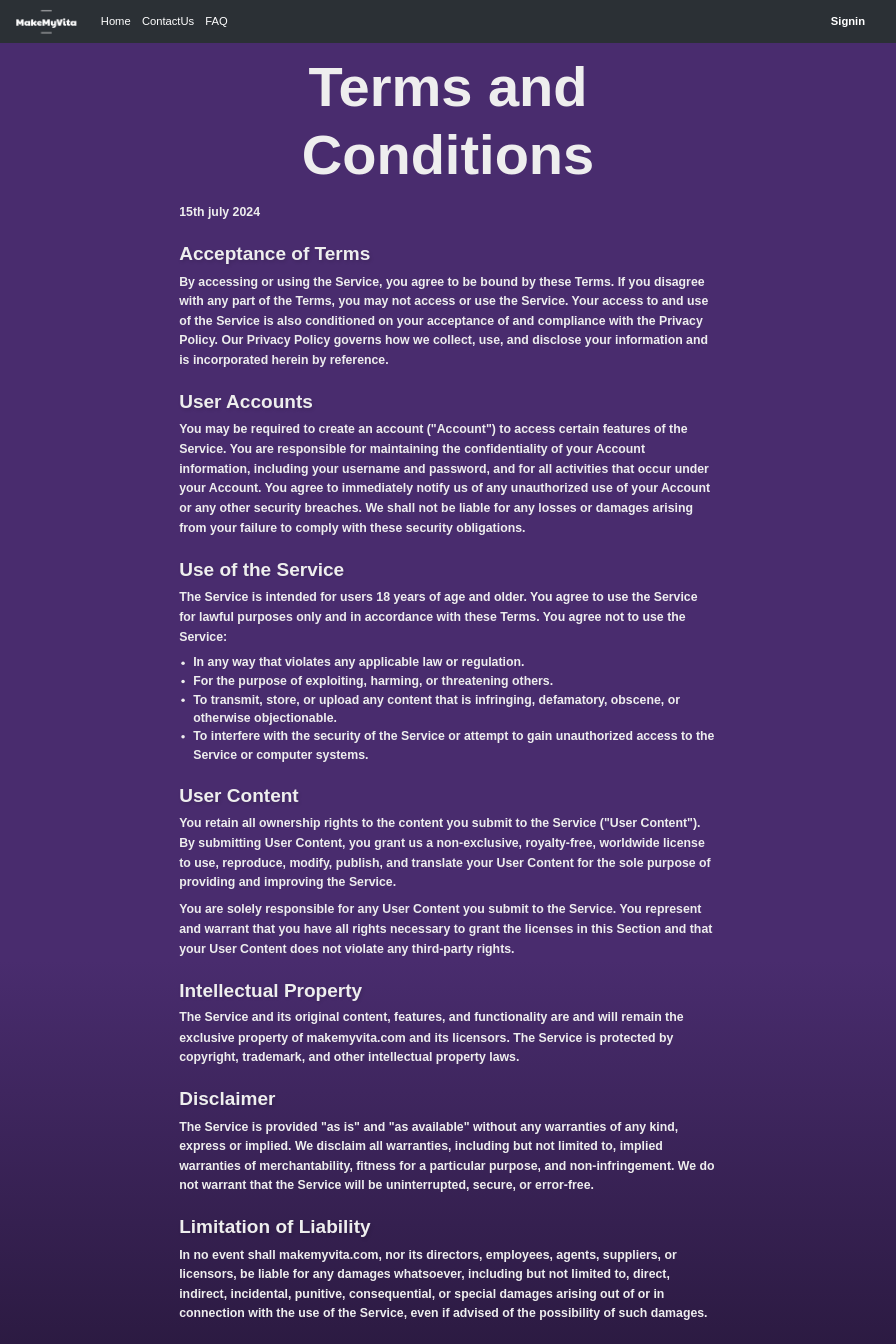
Repository: Tejaakshaykumar/MakeMyVita-Resume-Builder-Website
Page: /T&C (app in frontend/)
The author's editor kept a copy of each file at every save. The page is drawn from the files as they stood at one save, then again after the next save.
The browser window is 1280 px wide. The pictures show the part of the page from y = 0 to 1920 px (the page is 2936 px tall), at 70% of full size.
Some web libraries are served in a nearby version. The project was rebuilt for these pictures with package versions that can differ from the ones it lists, and the page was loaded fresh each time. Also part of the build but not shown: frontend/src/App.css, frontend/src/containers/About.js, frontend/src/containers/Buildresume.js, frontend/src/containers/Images.js, frontend/src/containers/Features.js, frontend/src/containers/Review.js, frontend/src/containers/Trybox.js, frontend/src/containers/Motionbox.js and 5 more.

Above is the page before, as saved 2024-06-10 11:51:16.

### frontend/public/index.html
<!DOCTYPE html>
<html lang="en">
  <head>
    <meta charset="utf-8" />
    <link rel="icon" href="%PUBLIC_URL%/favicon.ico" />
    <meta name="viewport" content="width=device-width, initial-scale=1" />
    <meta name="theme-color" content="#000000" />
    <meta
      name="description"
      content="Web site created using create-react-app"
    />
    <link rel="apple-touch-icon" href="%PUBLIC_URL%/logo192.png" />
    <!--
      manifest.json provides metadata used when your web app is installed on a
      user's mobile device or desktop. See https://developers.google.com/web/fundamentals/web-app-manifest/
    -->
    <link rel="manifest" href="%PUBLIC_URL%/manifest.json" />
    <link rel="stylesheet" href="https://stackpath.bootstrapcdn.com/bootstrap/4.5.2/css/bootstrap.min.css">
  <link rel="stylesheet" href="https://stackpath.bootstrapcdn.com/font-awesome/4.7.0/css/font-awesome.min.css">
  <link href="https://cdn.jsdelivr.net/npm/bootstrap@5.3.3/dist/css/bootstrap.min.css" rel="stylesheet" integrity="sha384-QWTKZyjpPEjISv5WaRU9OFeRpok6YctnYmDr5pNlyT2bRjXh0JMhjY6hW+ALEwIH" crossorigin="anonymous">
  <link href="https://cdn.jsdelivr.net/npm/bootstrap-icons@1.7.2/font/bootstrap-icons.css" rel="stylesheet">
    <!--
      Notice the use of %PUBLIC_URL% in the tags above.
      It will be replaced with the URL of the `public` folder during the build.
      Only files inside the `public` folder can be referenced from the HTML.

      Unlike "/favicon.ico" or "favicon.ico", "%PUBLIC_URL%/favicon.ico" will
      work correctly both with client-side routing and a non-root public URL.
      Learn how to configure a non-root public URL by running `npm run build`.
    -->
    <title>React App</title>
  </head>
  <body>
    <noscript>You need to enable JavaScript to run this app.</noscript>
    <div id="root"></div>
    <!--
      This HTML file is a template.
      If you open it directly in the browser, you will see an empty page.

      You can add webfonts, meta tags, or analytics to this file.
      The build step will place the bundled scripts into the <body> tag.

      To begin the development, run `npm start` or `yarn start`.
      To create a production bundle, use `npm run build` or `yarn build`.
    -->
  </body>
  <script src="https://cdn.jsdelivr.net/npm/bootstrap@5.3.3/dist/js/bootstrap.bundle.min.js" integrity="sha384-YvpcrYf0tY3lHB60NNkmXc5s9fDVZLESaAA55NDzOxhy9GkcIdslK1eN7N6jIeHz" crossorigin="anonymous"></script>
</html>

### frontend/src/containers/Navbar.js
import React from 'react';
import { useNavigate } from 'react-router-dom';
import logo from '../images/HubSpot Brand Kit/Logo/PNG/main-logo-white-transparent.png';
export default function Navbar() {
  const navigate = useNavigate();
  const handleSigninClick = () => {
    navigate('/signin');
  };
  return (
    <div>

      <nav className="navbar fixed-top navbar-expand-lg bg-body-tertiary" data-bs-theme="dark" >
      <div className="container-fluid" >
        <a className="navbar-brand" href="/">
        <img src={logo} alt="Logo" style={{height:'5vh',width:'15vh',objectFit:'cover'}} />
        </a>
        <button
          className="navbar-toggler"
          type="button"
          data-bs-toggle="collapse"
          data-bs-target="#navbarSupportedContent"
          aria-controls="navbarSupportedContent"
          aria-expanded="false"
          aria-label="Toggle navigation"
        >
          <span className="navbar-toggler-icon" />
        </button>
        <div className="collapse navbar-collapse" id="navbarSupportedContent">
          <ul className="navbar-nav me-auto mb-2 mb-lg-0">
            <li className="nav-item">
              <a className="nav-link active" aria-current="page" href="/">
                Home
              </a>
            </li>
            <li className="nav-item">
              <a className="nav-link active" aria-current="page" href="#">
                ContactUs
              </a>
            </li>
            <li className="nav-item">
              <a className="nav-link active" aria-current="page" href="/FAQ">
                FAQ
              </a>
            </li>
          </ul>
          <form className="d-flex">
            <button className=" btn btn-outline-success custom-btn" type="submit" onClick={handleSigninClick}>
            &nbsp;&nbsp;&nbsp;&nbsp;&nbsp;Signin&nbsp;&nbsp;&nbsp;&nbsp;&nbsp;
            </button>
          </form>
        </div>
      </div>
    </nav>

    </div>
  );
}

### frontend/src/containers/Foot.js
import React from 'react';
import './cont.css'; // Import the CSS file

export default function Foot() {
  return (
    <footer>
      <div className="footer-container ">
        <ul className="footer-nav">
        <li className="nav-item">
            <a className="nav-link" href="/aboutus">
              ABOUT US
            </a>
          </li>
          <>|</>
          <li className="nav-item">
            <a className="nav-link" href="/T&C">
              TERMS & CONDITIONS
            </a>
          </li>
          <>|</>
        <li className="nav-item">
            <a className="nav-link" href="/privacy">
              PRIVACY POLICY
            </a>
          </li>
          <>|</>
          <li className="nav-item">
            <a className="nav-link" href="#">
              CONTACT US
            </a>
          </li>
          <>|</>
          <li className="nav-item">
            <a className="nav-link" href="/FAQ">
              FAQs
            </a>
          </li>
        </ul>
        <div class="social-icons">
        <a href="https://www.facebook.com" target="_blank" aria-label="Facebook">
          <i class="bi bi-facebook"></i>
        </a>
        <a href="https://www.instagram.com" target="_blank" aria-label="Instagram">
          <i class="bi bi-instagram"></i>
        </a>
        <a href="https://www.pinterest.com" target="_blank" aria-label="Pinterest">
          <i class="bi bi-pinterest"></i>
        </a>
        <a href="https://www.youtube.com" target="_blank" aria-label="YouTube">
          <i class="bi bi-youtube"></i>
        </a>
        <a href="https://www.linkedin.com" target="_blank" aria-label="LinkedIn">
          <i class="bi bi-linkedin"></i>
        </a>
        <a href="https://www.twitter.com" target="_blank" aria-label="Twitter">
          <i class="bi bi-twitter"></i>
        </a>
      </div>
      <div className="footer-copy">
          &copy; 2024 developed by Teja Akshay Kumar
      </div>
      </div>
    </footer>
  );
}

### frontend/src/containers/cont.css
/* navbar */
.custom-btn {
  color: white;
}
.custom-btn:hover {
  color: black;
  background-color: white;
}

.footer-container {
  height: 25vh;
  width: 100%;
  background-color: rgb(0, 0, 0);
  color: white;
  display: flex;
  flex-direction: column;
  align-items: center;
  /* padding-bottom: 3%; */
  /* justify-content: center; */
}

.footer-nav {
  display: flex;
  list-style: none;
  padding-top: 30px;
  margin: 0;
}

.footer-nav .nav-item {
  margin: 0 50px;
}

.footer-nav .nav-item .nav-link {
  color: white;
  text-decoration: none;
  /* text-transform: uppercase; */
  /* text-decoration: underline; */
}

.footer-nav .nav-item .nav-link:hover {
  text-decoration: underline;
}

.footer-copy {
  /* padding-top: 5%; */
  text-align: center;
  font-size: large;
  font-weight: 500;
  /* padding-bottom: 3%; */
}

.social-icons {
  display: flex;
  justify-content: center;
  gap: 40px;
  padding: 40px;
  /* background-color: #f0f0f0; */
}

.social-icons a {
  color: #ffffff;
  font-size: 24px;
  text-decoration: none;
}

.social-icons a:hover {
  color: #007bff;
}

/* Features */

.feature-component {
  height: 90vh;
  width: 100%;
  display: flex;
  justify-content: flex-start;
  flex-wrap: wrap;
  margin-top: 10%;
  padding-left: 8%;
  padding-right: 8%;
}
.feature {
  flex: 1 1 30%;
  box-sizing: border-box;
  padding: 20px;
  margin: 10px;
  text-align: center;
  background-color: #fff;
  border-radius: 8px;
  /* box-shadow: 0 4px 8px rgba(0, 0, 0, 0.1); */
}

.feature img {
  width: 60px;
  height:80px;
  margin-bottom: 10px;
}

.feature h3 {
  font-size: 1.5em;
  margin-bottom: 10px;
  font-weight: 500;
  font-family:'Franklin Gothic Medium', 'Arial Narrow', Arial, sans-serif;
}

.feature p {
  font-size: 1.3em;
  color: #666;
  font-weight: 400;
  font-family: 'Gill Sans', 'Gill Sans MT', Calibri, 'Trebuchet MS', sans-serif;
}

.feature:hover {
  background: linear-gradient(to right, #fd4908, #1e90ff);
  box-shadow: black;
  border-radius: 5%;
  color: rgb(255, 255, 255);
}

.feature:hover h3,
.feature:hover p {
  color: rgb(255, 255, 255);
}

/* About */
.resume-builder-container {
  display: flex;
  flex-direction: row;
  justify-content: space-between;
  align-items: center;
  padding: 10vh;
  /* background-color: #fff; */
  background: linear-gradient(to right, #84eefc, #ffffff, #ffffff);
  /* background:linear-gradient(to left, #00e1ff,#ffffff, #ffffff); */
  /* border: 1px solid #ddd; */
  /* border-radius: 8px; */
  /* box-shadow: 0 2px 4px rgba(0, 0, 0, 0.1); */
  height: 80vh;
}

.resume-builder-container1 {
  display: flex;
  flex-direction: row;
  justify-content: space-between;
  align-items: center;
  padding: 10vh;
  height: 80vh;
  background: linear-gradient(to top, #ffffff, #59CE8F,#E8F9FD, #ffffff);
}

/* .resume-builder-image {
    -webkit-mask-image: radial-gradient(circle, rgba(0, 0, 0, 1) 50%, rgba(0, 0, 0, 0) 90%);
    mask-image: radial-gradient(circle, rgba(0, 0, 0, 1) 50%, rgba(0, 0, 0, 0) 90%);
  }
   */
.resume-builder-content {
  max-width: 60%;
  padding: 10%;
}

.resume-builder-content1 {
  max-width: 70%;
  padding: 10%;
}

.resume-builder-content h1 {
  font-size: 4em;
  color: #333;
  margin-bottom: 10px;
  font-family: "Franklin Gothic Medium", "Arial Narrow", Arial, sans-serif;
  text-align: left;
}

.resume-builder-content p {
  font-size: 1.4em;
  font-weight: 400;
  color: #666;
  line-height: 1.5;
  margin-bottom: 20px;
  /* padding-left: 2%; */
  /* text-align: center; */
}

.resume-builder-content1 h1 {
  font-size: 4em;
  color: #333;
  margin-bottom: 10px;
  font-family: "Franklin Gothic Medium", "Arial Narrow", Arial, sans-serif;
  text-align: left;
}

.resume-builder-content1 p {
  font-size: 1.4em;
  font-weight: 400;
  color: #666;
  line-height: 1.5;
  margin-bottom: 20px;
  /* padding-left: 2%; */
  /* text-align: center; */
}

.aboutbutton {
  height: 6vh;
  width: 27%;
  margin-left: 20%;
  margin-top: 2%;
  text-align: center;
  font-weight: 500;
  border-radius: 7px;
  color: #ffffff;
  font-weight: 700;
  transition: background 0.3s ease;
  /* border-style:solid; */
  border-color: white;
  background: #3e14fc;
  box-shadow: 0 2px 6px rgba(24, 23, 23, 0.801);
  /* box-shadow: #3e14fc; */
}
.aboutbutton:hover {
  transition: background 0.3s ease;
  border-style: solid;
  background: linear-gradient(to right, #ffd000, #ff0000);
  box-shadow: #3e14fc;
}

.create-now-button {
  background-color: #00b0ff;
  color: #fff;
  border: none;
  padding: 10px 20px;
  font-size: 1em;
  border-radius: 5px;
  cursor: pointer;
}

.create-now-button:hover {
  background-color: #008cba;
}

.resume-builder-image {
  max-width: 40%;
}

.resume-builder-image img {
  max-width: 100%;
  height: auto;
  border-radius: 8px;
}

.text-gradient {
  background: linear-gradient(to right, #ff7f50, #1e90ff);
  -webkit-background-clip: text;
  -webkit-text-fill-color: transparent;
  background-clip: text;
  color: transparent;
}

.icon-container {
  width: 100%;
  height: 100px;
  overflow: hidden;
  white-space: nowrap;
  position: relative;
  background-color: #ffffff;
  padding-bottom: 25px;
}

.icons {
  display: inline-block;
  animation: moveIcons 40s linear infinite;
}

.icons img {
  font-size: 24px;
  margin: 0 15px; /* Add some margin between icons */
  color: #333;
  /* width: 100px; Adjust the size as needed */
  height: 50px;
}

@keyframes moveIcons {
  0% {
    transform: translateX(70%);
  }
  100% {
    transform: translateX(-100%);
  }
}

.try {
  height: 30vh;
  width: 100%;
  background-image: url("C:/Users/tejaa/Downloads/pexels-magda-ehlers-pexels-1279813.jpg");
  background-size: cover;
  align-items: center;
  display: flex;
  flex-direction: column;
  justify-content: center;
  margin-bottom: 7vh;
  margin-top: 5vh;
}

.try h2 {
  font-size: 280%;
  color: antiquewhite;
  text-shadow: 5px 5px 3px rgba(0, 0, 0, 0.3);
}
.try button {
  height: 4vh;
  width: 15%;
  font-weight: 700;
  border-radius: 5cm;
  color: blanchedalmond;
  border: #ffffff;
  background: linear-gradient(to right, #fd0808, #a51eff);
}

/* Review */
/* Styles for the main container */
/* Swiper specific styles */
/* #App {
  height: 100%;
}
html,
body {
  position: relative;
  height: 100%;
}

body {
  background: #eee;
  font-family: Helvetica Neue, Helvetica, Arial, sans-serif;
  font-size: 14px;
  color: #000;
  margin: 0;
  padding: 0;
} */
.swiper-container {
  /* position: relative; */
  height: 30vh;
  background: #ffffff;
  font-family: Helvetica Neue, Helvetica, Arial, sans-serif;
  font-size: 14px;
  color: #000;
  margin: 30px;
  padding: 10px;
  display: flex;
  flex-direction: row;
  justify-content: center;
}

.swiper {
  width: 100%;
  height: 100%;
}

.swiper-slide {
  text-align: center;
  font-size: 18px;
  background: #ffffff;
  display: flex;
  justify-content: center;
  align-items: center;
  padding-top: 20%;
  /* margin: 5%; */
}

.swiper-slide img {
  display: block;
  width: 100%;
  height: 100%;
  object-fit: cover;
}

.autoplay-progress {
  position: absolute;
  right: 16px;
  bottom: 16px;
  z-index: 10;
  width: 48px;
  height: 48px;
  display: flex;
  align-items: center;
  justify-content: center;
  font-weight: bold;
  color: var(--swiper-theme-color);
}

.autoplay-progress svg {
  --progress: 0;
  position: absolute;
  left: 0;
  top: 0px;
  z-index: 10;
  width: 100%;
  height: 100%;
  stroke-width: 4px;
  stroke: var(--swiper-theme-color);
  fill: none;
  stroke-dashoffset: calc(125.6px * (1 - var(--progress)));
  stroke-dasharray: 125.6;
  transform: rotate(-90deg);
}

### frontend/src/pages/pagestyles.css
/* TandC */

.tandc-container {
    max-width: 100%;
    /* margin: 0 auto; */
    padding: 6% 20%;
    font-family: Arial, sans-serif;
    background: linear-gradient(to top,rgb(0, 0, 0),rgb(73, 44, 110),rgb(73, 44, 110));
    /* color: #333; */
    color:#eee;
    /* margin-top: 7%; */
    margin-bottom: -2%;

  }

  .tandc-container h1 {
    text-align: center;
    margin-bottom: 20px;
    font-weight: 700;
    color: #eee;
    font-size: 5rem;
  }

  .tandc-container h2 {
    margin-top: 30px;
    color: #eee;
    font-weight: 700;
    font-size: 1.7rem;
    text-shadow: 2px 2px 5px rgba(0, 0, 0, 0.13);
  }

  .tandc-container p {
    line-height: 1.6;
    font-weight: 600;
    font-size: 1.1rem;
  }

  .tandc-container ul {
    list-style-type: disc;
    padding-left: 20px;
    font-weight: 600;
    font-size: 1.1rem;
  }

  .tandc-container a {
    color: #1a73e8;
    text-decoration: none;
  }

  .tandc-container a:hover {
    text-decoration: underline;
  }


  /* Privacy */
  .privacy-container {
    max-width: 800px;
    margin: 0 auto;
    padding: 20px;
    font-family: 'Arial', sans-serif;
    color: #333;
    line-height: 1.6;
    background-color: #fff;
    border-radius: 8px;
    box-shadow: 0 0 10px rgba(0, 0, 0, 0.1);
  }

  h1 {
    text-align: center;
    color: #333;
    font-size: 2.5rem;
    margin-bottom: 20px;
  }

  h2 {
    color: #444;
    font-size: 1.75rem;
    margin-top: 20px;
  }

  h3 {
    color: #555;
    font-size: 1.5rem;
    margin-top: 15px;
  }

  p {
    margin-bottom: 10px;
  }

  ul {
    list-style-type: disc;
    padding-left: 20px;
  }

  a {
    color: #1a73e8;
    text-decoration: none;
  }

  a:hover {
    text-decoration: underline;
  }

  @media (max-width: 600px) {
    .privacy-container {
      padding: 10px;
    }

    h1 {
      font-size: 2rem;
    }

    h2 {
      font-size: 1.5rem;
    }

    h3 {
      font-size: 1.25rem;
    }
  }

  /* Aboutus */
  .about-container {
    font-family: 'Arial', sans-serif;
    color: #fff;
    max-width: 1200px;
    margin: 0 auto;
    padding: 20px;
    background-color: #000; /* For overall contrast, adjust as needed */
  }

  .about-top {
    position: relative;
    text-align: center;
    color: white;
  }

  .about-image {
    width: 100%;
    height: auto;
    border-radius: 10px;
    opacity: 0.8;
  }

  .about-content {
    position: absolute;
    top: 50%;
    left: 50%;
    transform: translate(-50%, -50%);
    background-color: rgba(0, 0, 0, 0.5); /* Semi-transparent background */
    padding: 20px;
    border-radius: 10px;
    max-width: 90%;
    text-align: left;
  }

  .about-content h1 {
    font-size: 3rem;
    margin-bottom: 10px;
  }

  .about-content p {
    font-size: 1.2rem;
  }

  .about-bottom {
    background-color: #222;
    padding: 40px;
    border-radius: 10px;
    margin-top: 20px;
  }

  .about-bottom h2 {
    font-size: 2rem;
    margin-bottom: 20px;
  }

  .about-bottom p,
  .about-bottom ul {
    font-size: 1.2rem;
    line-height: 1.6;
  }

  .about-bottom ul {
    list-style-type: disc;
    padding-left: 20px;
  }

  .about-bottom h3 {
    font-size: 1.5rem;
    margin-top: 20px;
  }

  @media (max-width: 768px) {
    .about-content h1 {
      font-size: 2rem;
    }

    .about-content p {
      font-size: 1rem;
    }

    .about-bottom h2 {
      font-size: 1.5rem;
    }

    .about-bottom p,
    .about-bottom ul {
      font-size: 1rem;
    }
  }

  /* FAQ */
  /* styles.css */

/* body, html {
  margin: 0;
  padding: 0;
  font-family: Arial, sans-serif;
  background-color: #f7f7f7;
}

.app {
  display: flex;
  justify-content: center;
  align-items: center;
  min-height: 100vh;
  padding: 20px;
} */

.faq-container {
  background-color: white;
  padding: 20px;
  border-radius: 8px;
  max-width: 800px;
  width: 100%;
  box-shadow: 0 4px 8px rgba(0, 0, 0, 0.1);
}

.faq-container h1 {
  text-align: center;
  margin-bottom: 20px;
}

.faq-container input {
  width: 100%;
  padding: 10px;
  margin-bottom: 20px;
  border: 1px solid #ccc;
  border-radius: 4px;
}

.faq-list {
  max-height: 500px;
  overflow-y: auto;
}

.faq-item {
  border-bottom: 1px solid #eee;
  padding: 10px 0;
}

.faq-question {
  cursor: pointer;
  font-weight: bold;
}

.faq-answer {
  margin-top: 10px;
}

.related-articles {
  margin-top: 10px;
}

.related-articles h4 {
  margin-bottom: 5px;
}

.related-articles ul {
  padding-left: 20px;
  margin: 0;
}

.related-articles li {
  list-style-type: disc;
}



  /* Dashboard */
  body {
    font-family: Arial, sans-serif;
  }

  .sidebar {
    position: fixed;
    top: 0;
    bottom: 0;
    left: 0;
    z-index: 100;
    padding: 48px 0 0;
    box-shadow: inset -1px 0 0 rgba(0, 0, 0, .1);
  }

  .sidebar .nav-link {
    font-weight: 500;
    color: #333;
  }

  .sidebar .nav-link.active {
    color: #007bff;
  }

  .sidebar .nav-link:hover {
    color: #007bff;
  }

  .sidebar .sidebar-title {
    padding: 16px;
    font-size: 1.5rem;
    text-align: center;
  }

  .sidebar-footer {
    position: absolute;
    bottom: 0;
    width: 100%;
    padding: 16px;
    text-align: center;
  }

  .sidebar-footer .nav-link {
    color: #007bff;
  }

  .sidebar-footer .nav-link:hover {
    color: #0056b3;
  }

  .badge-new {
    background-color: #28a745;
    color: white;
    padding: 4px 8px;
    border-radius: 12px;
  }

  .card {
    margin-bottom: 1.5rem;
  }

  .card-title {
    font-size: 1.5rem;
    font-weight: bold;
  }

  .alert {
    margin-bottom: 0;
    font-size: 0.875rem;
  }

  @media (max-width: 767.98px) {
    .sidebar {
      position: relative;
      width: 100%;
      height: auto;
    }

    .sidebar .nav-link {
      font-size: 0.875rem;
    }
  }


  /* Signin */


  .signin {
    /* background: linear-gradient(45deg, #a1c4fd, #c2e9fb); */
    font-family: 'Arial', sans-serif;
    /* background:linear-gradient(to top,#000000,#5A72A0,#83B4FF,#FDFFE2); */
    background:linear-gradient(to top,#000000,#243763);
    /* background:linear-gradient(to top,#000000,#E96479,#F5E9CF,#c4fffd); */

    height: 100vh;
    display: flex;
    justify-content: center;
    align-items: center;
    margin-bottom: -2%;
  }

  .signin-container {
    text-align: center;

  }

  .signin-box {
    background: #fff;
    padding: 40px;
    border-radius: 8px;
    box-shadow: 0px 0px 20px rgba(0, 0, 0, 0.301);
    width: 500px;
    max-width: 90%;
  }

  .signin-header h2 {
    font-size: 24px;
    font-weight: 700;
    margin-bottom: 10px;
  }

  .signin-header p {
    font-size: 14px;
    color: #777;
    margin-bottom: 20px;
  }

  .form-group {
    margin-bottom: 15px;
  }

  .form-group label {
    display: block;
    text-align: left;
    margin-bottom: 5px;
  }

  .form-control {
    width: 100%;
    padding: 10px;
    border: 1px solid #ccc;
    border-radius: 4px;
    box-sizing: border-box;
  }

  .input-group {
    display: flex;
    align-items: center;
  }

  .input-group-append {
    background: #fff;
    border: 1px solid #ccc;
    border-left: 0;
    padding: 10px;
    border-radius: 0 4px 4px 0;
    cursor: pointer;
  }

  .form-check {
    display: flex;
    align-items: center;
    justify-content: space-between;
    margin: 20px 0;
  }

  .form-check-input {
    margin-right: 10px;
  }

  .form-check-label {
    margin-right: auto;
  }

  .forgot-password {
    color: #000;
    text-decoration: none;
  }

  .btn {
    width: 100%;
    padding: 10px;
    border: none;
    border-radius: 4px;
    cursor: pointer;
    font-size: 16px;
    font-weight: bold;
  }

  .btn-primary {
    background: #000;
    color: #fff;
  }

  .or-use {
    margin: 20px 0;
  }

  .or-use span {
    background: #fff;
    padding: 0 10px;
    color: #777;
  }

  .social-login {
    display: flex;
    justify-content: center;
    margin: 20px 0;
  }

  .social-login button {
    margin: 0 10px;
    width: 50px;
    height: 50px;
    border-radius: 50%;
    border: 1px solid #ccc;
    display: inline-flex;
    justify-content: center;
    align-items: center;
    background: #fff;
    cursor: pointer;
  }

  footer {
    margin-top: 20px;
  }

  footer p {
    font-size: 14px;
    color: #777;
  }

Loaded but not shown: frontend/src/index.js (common file); frontend/src/index.css (common file); frontend/src/reportWebVitals.js (common file); frontend/src/pages/TandC.js (106 lines, source omitted); frontend/src/App.js (99 lines, source omitted)

After the next save:
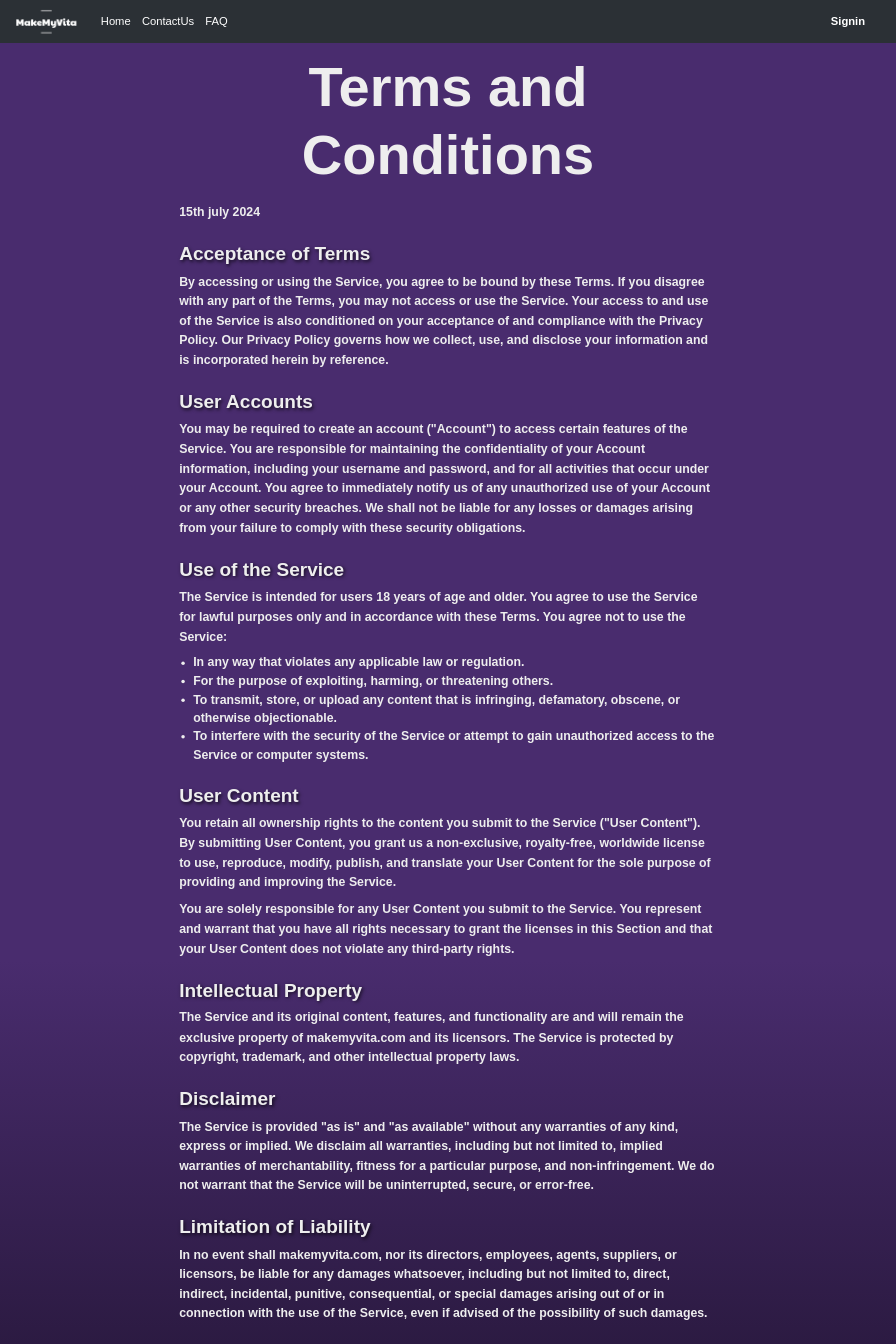
Saved 9 s later.
--- a/frontend/src/pages/pagestyles.css
+++ b/frontend/src/pages/pagestyles.css
@@ -26,7 +26,7 @@
     color: #eee;
     font-weight: 700;
     font-size: 1.7rem;
-    text-shadow: 2px 2px 5px rgba(0, 0, 0, 0.13);
+    text-shadow: 2px 2px 5px rgba(0, 0, 0, 0.685);
   }
 
   .tandc-container p {
